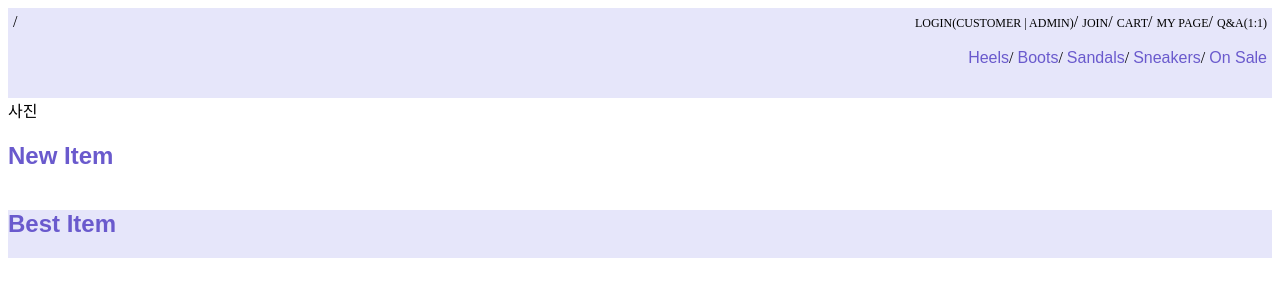
Repository: taeeun2/java_web
Page: http://localhost/webapp/Shopingmall/member/index.jsp
The author's editor kept a copy of each file at every save. The page is drawn from the files as they stood at one save, then again after the next save.
The browser window is 1280 px wide. The pictures show the whole page.
Some web fonts or font styles are not loaded; a fallback is used. The page is served by Tomcat 9. Other server files are loaded and not shown.

Above is the page before, as saved 2021-09-30 14:28:10.

### webapp/WebContent/Shopingmall/member/index.jsp
<%@ page language="java" contentType="text/html; charset=EUC-KR"
    pageEncoding="EUC-KR"%>
        <%@ taglib uri = "http://java.sun.com/jsp/jstl/core" prefix = "c" %>
<!DOCTYPE html>
<html>
<head>
<meta charset="EUC-KR">
<title>Insert title here</title>
<style>
	h2{
	color : slateblue;
	font-family: 'Black Han Sans', sans-serif;
	}

	table{
		display:flex;
		display: -webkit-box;
		display: -ms-flexbox;
		overflow-x: auto;
		overflow-y: hidden;
		display:flex;
		}
</style>
</head>
<body>
<jsp:include page="../include/Header.jsp"/>
<div>
	사진
</div>
<div>
<h2>New Item</h2>
<!-- <form id = "join" action = "NonageServlet?command=join" method="post"name="formm"> -->
	<c:set var = "newProductList" value = "${requestScope.newProductList}"></c:set>
			<table>
			<c:forEach var = "newProduct"  items =  "${newProductList}">
				<tr>
				<td><img src = "http://localhost:8080/webapp/Shopingmall/product_images/${newProduct.image}" width = 200 height = 200></td>
				<td>${newProduct.name}</td>
				<td>${newProduct.price2}</td>
				</tr>
			</c:forEach>
			</table>


</div>


<div style="background-color:lavender">
<h2>Best Item</h2>

	<c:set var = "bestProductList" value = "${requestScope.bestProductList}"></c:set>
			<table>
			<c:forEach var = "bestProduct"  items = "${bestProductList}">
				<tr>
				<td><img src = "http://localhost:8080/webapp/Shopingmall/product_images/${bestProduct.image}"width = 200 height = 200></td>
				<td>${bestProduct.name}</td>
				<td>${bestProduct.price2}</td>

			</c:forEach>
			</table>

</div>
</body>
</html>

### webapp/WebContent/Shopingmall/include/Header.jsp
<%@ page language="java" contentType="text/html; charset=EUC-KR"
    pageEncoding="EUC-KR"%>
<!DOCTYPE html>
<html>
<head>
<link rel="preconnect" href="https://fonts.googleapis.com">
<link rel="preconnect" href="https://fonts.gstatic.com" crossorigin>
<link href="https://fonts.googleapis.com/css2?family=Yeon+Sung&display=swap" rel="stylesheet">

<link rel="preconnect" href="https://fonts.googleapis.com">
<link rel="preconnect" href="https://fonts.gstatic.com" crossorigin>
<link href="https://fonts.googleapis.com/css2?family=Black+Han+Sans&display=swap" rel="stylesheet">
<meta charset="EUC-KR">
<title>Insert title here</title>
<style>
	*{
	text-decoration: none;
	}
	.a1{
		color : black;
		font-size : 12px;
		font-family: 'Yeon Sung', cursive;
	}

	.a2{
		color : slateblue;
		font-family: 'Black Han Sans', sans-serif;
	}
</style>


</head>
<%-- session 추가하기 --%>
<body>
<div style="background-color:lavender;
 height:80px; padding : 5px;">

		<span style="float:right;"><%--오른쪽 정렬--%>
		<a class = "a1" href = "#" >LOGIN(CUSTOMER | ADMIN)</a>/
		<a class = "a1" href = "#" >JOIN</a>/
		<a class = "a1" href = "#" >CART</a>/
		<a class = "a1" href = "#" >MY PAGE</a>/
		<a class = "a1" href = "#" >Q&A(1:1)</a>
		</span>/
		<br><br>
		<span style="float:right;"><%--오른쪽 정렬--%>
		<a class = "a2" href = "#" >Heels</a>/
		<a class = "a2" href = "#" >Boots</a>/
		<a class = "a2" href = "#" >Sandals</a>/
		<a class = "a2" href = "#" >Sneakers</a>/
		<a class = "a2" href = "#" >On Sale</a>
		</span>

	<%--<% } --%>
</div>
</body>
</html>

After the next save:
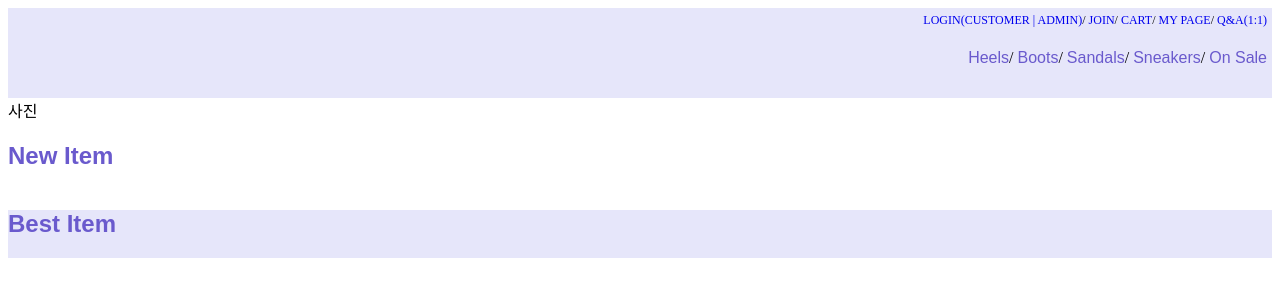
Saved 7 min 1 s later.
--- a/webapp/WebContent/Shopingmall/include/Header.jsp
+++ b/webapp/WebContent/Shopingmall/include/Header.jsp
@@ -1,5 +1,6 @@
 <%@ page language="java" contentType="text/html; charset=EUC-KR"
     pageEncoding="EUC-KR"%>
+     <%@ taglib uri = "http://java.sun.com/jsp/jstl/core" prefix = "c" %>
 <!DOCTYPE html>
 <html>
 <head>
@@ -35,13 +36,13 @@
 <div style="background-color:lavender;
  height:80px; padding : 5px;">
 
-		<span style="float:right;"><%--오른쪽 정렬--%>
-		<a class = "a1" href = "#" >LOGIN(CUSTOMER | ADMIN)</a>/
-		<a class = "a1" href = "#" >JOIN</a>/
-		<a class = "a1" href = "#" >CART</a>/
-		<a class = "a1" href = "#" >MY PAGE</a>/
-		<a class = "a1" href = "#" >Q&A(1:1)</a>
-		</span>/
+		<span class = "a1" style="float:right;"><%--오른쪽 정렬--%>
+		<a href = "#" >LOGIN(CUSTOMER | ADMIN)</a>/
+		<a href = "#" >JOIN</a>/
+		<a href = "#" >CART</a>/
+		<a href = "#" >MY PAGE</a>/
+		<a href = "#" >Q&A(1:1)</a>
+		</span>
 		<br><br>
 		<span style="float:right;"><%--오른쪽 정렬--%>
 		<a class = "a2" href = "#" >Heels</a>/
